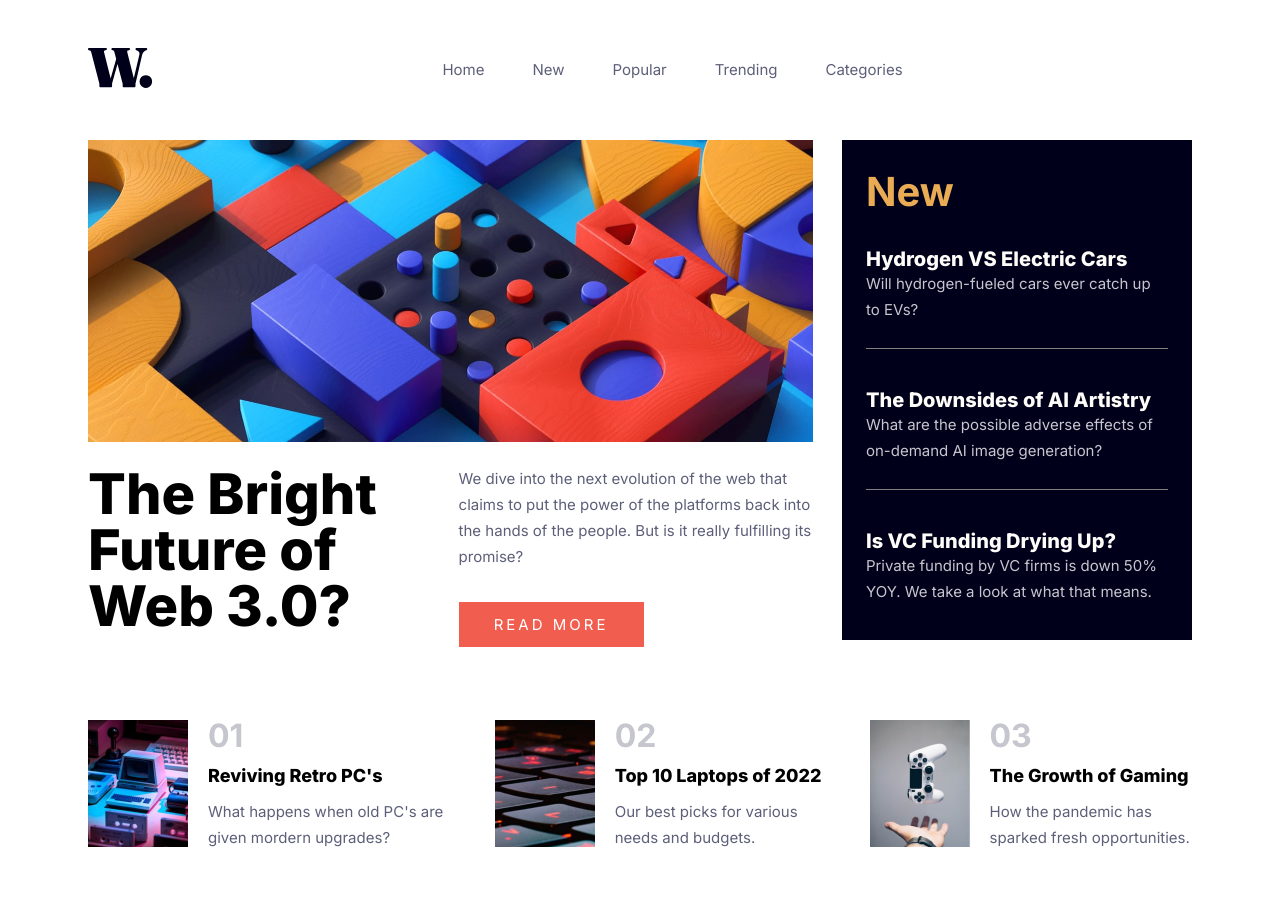
Repository: DevAntonioRogers/FrontendMentor-News-Homepage
Page: index.html
These files come from the project's save history. The page is drawn as it stood at one moment and after the next save; the edit follows.
The browser window is 1280 px wide. The pictures show the whole page.

Above is the page before, as saved 2023-04-24 02:47:13.

After the next save:
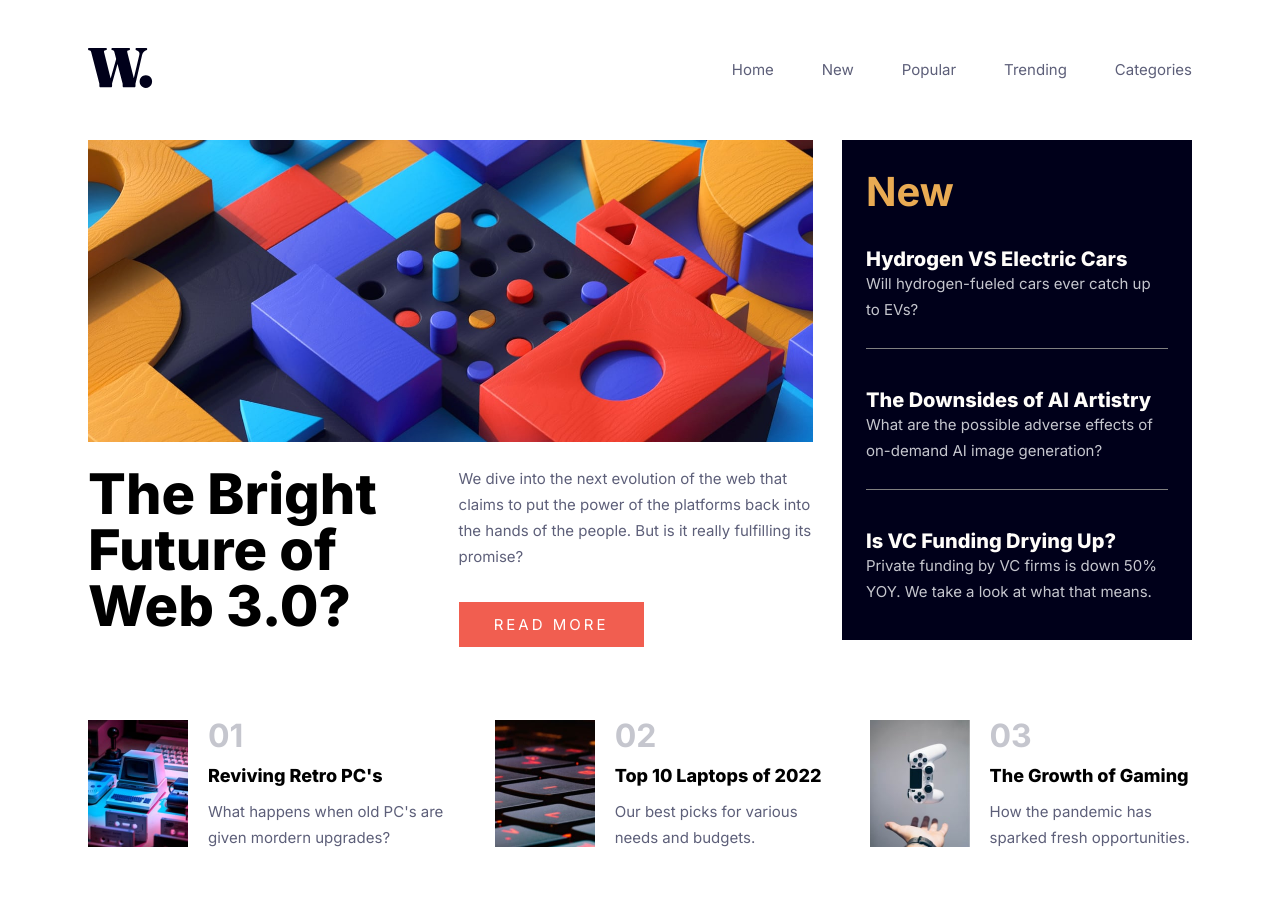
Saved 71 s later.
--- a/styles.css
+++ b/styles.css
@@ -47,11 +47,7 @@ nav {
   line-height: 26px;
 }
 
-#hamburger-icon {
-  display: none;
-}
-
-#close-icon {
+.mobile-icons {
   display: none;
 }
 /* HERO STYLES */
